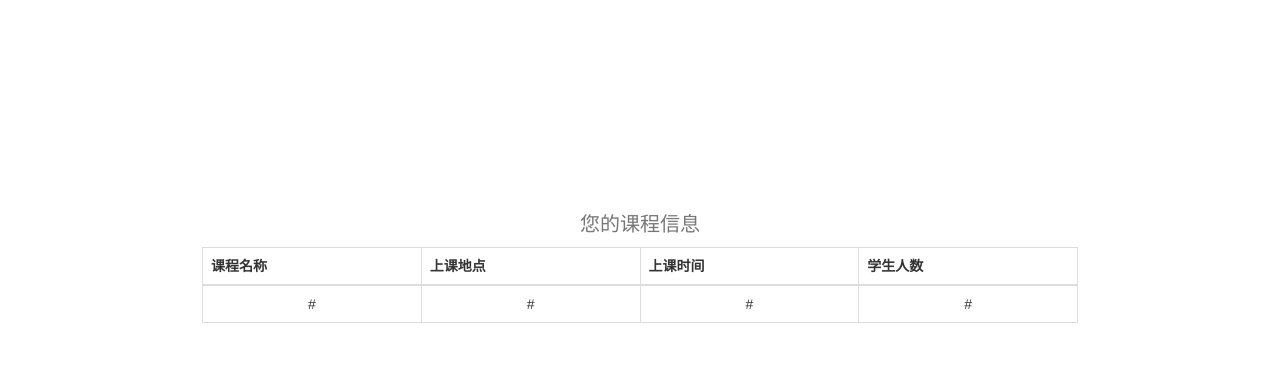
Repository: xu459898103/DBExperiment2017
Page: http://localhost/EA_System/iframe/teacher/jskcxx.jsp
An editor plug-in stored every save of this project. The page is shown before and after the next save, followed by the edit.
The browser window is 1280 px wide. The pictures show the whole page.
The page is served by Tomcat 9. Other server files are loaded and not shown.

Above is the page before, as saved 2017-12-16 11:51:13.

### EA System/WebContent/iframe/teacher/jskcxx.jsp
<%@ page language="java" contentType="text/html; charset=UTF-8"
	pageEncoding="UTF-8"%>
<!DOCTYPE html>
<html>
<head>
<meta http-equiv="Content-Type" content="text/html; charset=UTF-8">
<title>Insert title here</title>
<link rel="stylesheet"
	href="https://maxcdn.bootstrapcdn.com/bootstrap/3.3.7/css/bootstrap.min.css">
<script src="libs/bootstrap-3.3.7-dist/js/jquery-3.2.1.js"></script>
<script src="libs/bootstrap-3.3.7-dist/js/bootstrap.js"></script>
<style type="text/css">
#biaoge {
	margin:200px;
	padding:2px;
	text-align:center;
}
#title {
	text-align:center;
	font-size:20px;
	font-family:verdana;
}
</style>
</head>
<body>
	<div id="biaoge">
		<table class="table table-bordered">
			<caption id="title">您的课程信息</caption>
			<thead>
				<tr>
					<th>课程名称</th>
					<th>上课地点</th>
					<th>上课时间</th>
					<th>学生人数</th>

				</tr>
			</thead>
			<tbody>
				<%

				%>
				<tr>
					<td>#</td>
					<td>#</td>
					<td>#</td>
					<td>#</td>
				<tr>
					<%

					%>

			</tbody>
		</table>
	</div>
</body>
</html>

Loaded but not shown: EA System/WebContent/libs/bootstrap-3.3.7-dist/js/jquery-3.2.1.js (library); EA System/WebContent/libs/bootstrap-3.3.7-dist/js/bootstrap.js (library)

After the next save:
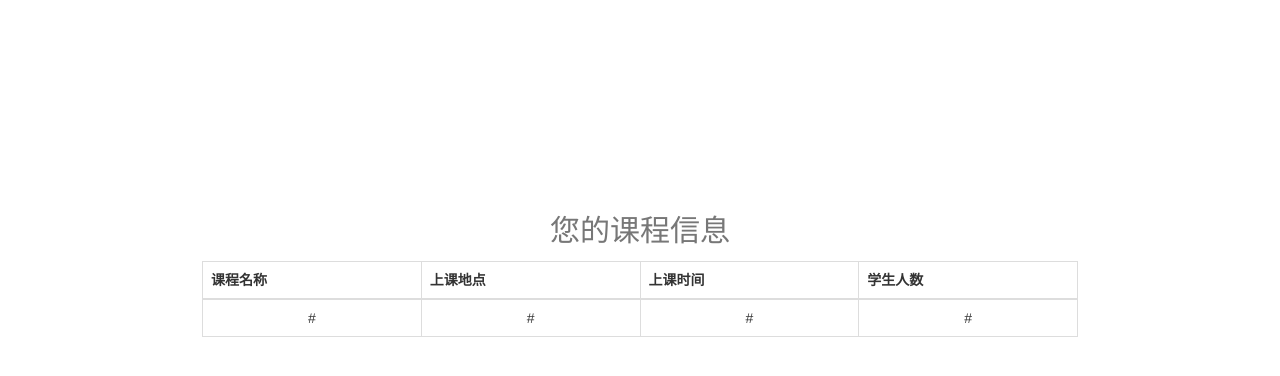
Saved 4 s later.
--- a/EA System/WebContent/iframe/teacher/jskcxx.jsp
+++ b/EA System/WebContent/iframe/teacher/jskcxx.jsp
@@ -17,7 +17,7 @@
 }
 #title {
 	text-align:center;
-	font-size:20px;
+	font-size:30px;
 	font-family:verdana;
 }
 </style>
